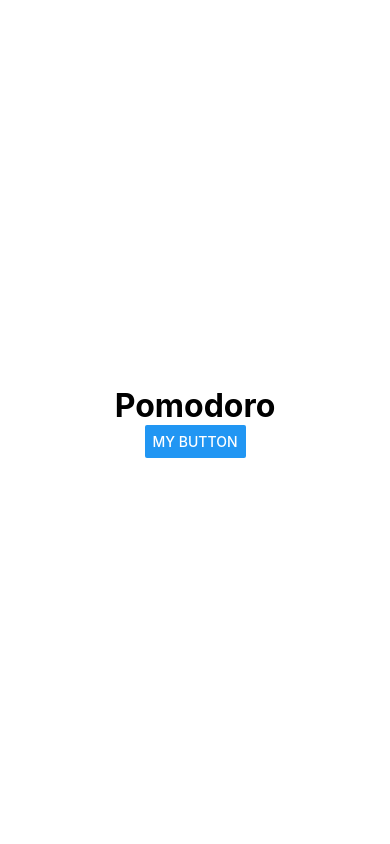
Repository: rchavarria77/pomodoro-app
Screen: /
These files come from the project's save history. The screen is drawn as it stood at one moment and after the next save; the edit follows.
The app was drawn by React Native's web renderer in a window 390 px wide. The project was rebuilt for these pictures with package versions that can differ from the ones it lists, and the page was loaded fresh each time.

Above is the screen before, as saved 2024-02-01 00:28:09.

After the next save:
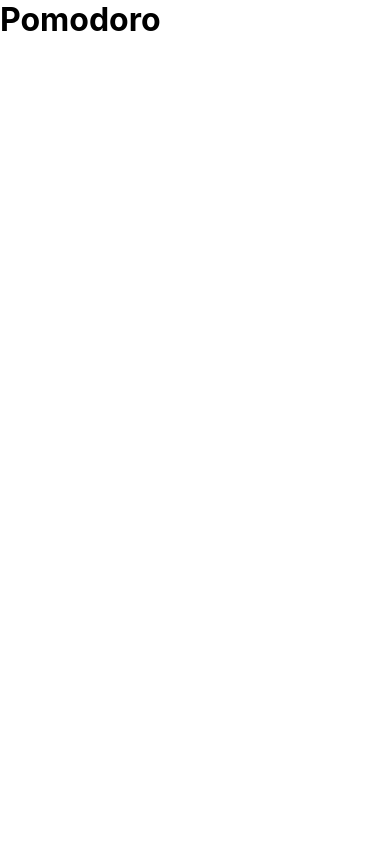
Saved 49 s later.
--- a/App.js
+++ b/App.js
@@ -1,11 +1,10 @@
 import { StatusBar } from 'expo-status-bar';
-import { StyleSheet, Text, View, Button } from 'react-native';
+import { StyleSheet, Text, View } from 'react-native';
 
 export default function App() {
   return (
     <View style={styles.container}>
       <Text style={styles.text}>Pomodoro</Text>
-      <Button title='My Button' />
       <StatusBar style='auto' />
     </View>
   );
@@ -14,9 +13,6 @@ export default function App() {
 const styles = StyleSheet.create({
   container: {
     flex: 1,
-    backgroundColor: '#fff',
-    alignItems: 'center',
-    justifyContent: 'center',
   },
   text: { fontSize: 32, fontWeight: 'bold' },
 });
